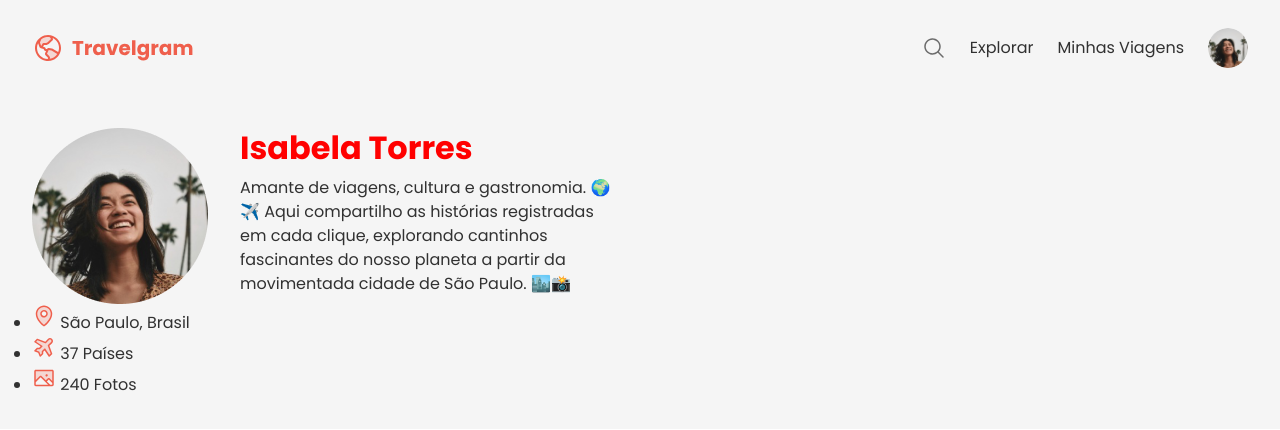
Repository: AbiezerSidonioJoseOdanacaJunior/projeto-travelgram
Page: index.html
An editor plug-in stored every save of this project. The page is shown before and after the next save, followed by the edit.
The browser window is 1280 px wide. The pictures show the whole page.
Some web fonts or font styles are not loaded; a fallback is used.

Above is the page before, as saved 2024-11-12 17:51:32.

### index.html
<!DOCTYPE html>
<html lang="pt-br">
<head>
    <meta charset="UTF-8">
    <meta name="viewport" content="width=device-width, initial-scale=1.0">
    <link rel="preconnect" href="https://fonts.googleapis.com">
    <link rel="preconnect" href="https://fonts.gstatic.com" crossorigin>
    <title>Travelgram</title>
    <link rel="stylesheet" href="styles/index.css">
    <link href="https://fonts.googleapis.com/css2?family=Alice&family=Playfair+Display:ital,wght@0,400..900;1,400..900&family=Poppins:wght@400;700&display=swap" rel="stylesheet">
</head>
<body>
    <div class="bg-sulface-color">
        <nav class="container">
            <a href="#" id="logo">
                <img src="/assets/Logo.svg" alt="Logo Marca">
            </a>
            <ul>
                <li>
                    <img src="/assets/MagnifyingGlass.svg" alt="Icone de  Lupa">
                </li>
                <li><a href="">Explorar</a></li>
                <li><a href="">Minhas Viagens</a></li>
                <li><a href="">
                    <img src="/assets/Profile pic.png" alt="Imagem da Isabela">
                </a></li>
            </ul>
        </nav>
        <header>
            <div class="container">
                <div id="profile">
                    <img src="/assets/Profile pic.png" alt="Imagem da Isabela 2">
                    <div>
                        <h1>Isabela Torres</h1>
                        <p>Amante de viagens, cultura e gastronomia. 🌍✈️
                            Aqui compartilho as histórias registradas em cada clique, explorando cantinhos fascinantes do nosso planeta a partir da movimentada cidade de São Paulo. 🏙️📸</p>
                    </div>
                </div>
                <ul id="info">
                    <li>
                        <img src="/assets/MapPin.svg" alt="">
                        <span>São Paulo, Brasil</span>
                    </li>
                    <li>
                        <img src="/assets/AirplaneTilt.svg" alt="">
                        <span>37 Países</span>
                    </li>
                    <li>
                        <img src="/assets/Image.svg" alt="">
                        <span>240 Fotos</span>
                    </li>
                </ul>
            </div>
        </header>
    </div>
</body>
</html>

### styles/global.css
* {
    padding: 0;
    margin: 0;
    box-sizing: border-box;
}

:root {
    --brand-clor: #EF5F4C;
    --backgoround-clor: #FFFFFF;
    --surface-color: #F5F5F5;
    --skeleton-color: #D9D9D9;
    --shape-tranparency: #ffffff90;
    --text-color-primary: #313131;
    --text-color-secondary: #6C6C6C;
    --font-family: "Poppins", sans-serif;
    --text: 16px/150% var(--font-family);
    --text-lg: bold 32px/125% var(--font-family);
    --text-md: 14px/170% var(--font-family);
    --text-sm: 12px/170% var(--font-family) ;

}

body {
    color: var(--text-color-primary);
    background-color: var(--backgoround-clor);
    font: var(--text);
}

a {
    text-decoration: none;
    color: inherit;
}

a:hover {
    color: var(--brand-clor);
    text-decoration: underline;
}

.container {
    padding-inline: 32px;
    max-width: 1280;
    margin-inline: auto;
}

.bg-sulface-color {
    background-color: var(--surface-color);
}

### styles/nav.css
nav{
    display: flex;
    justify-content: space-between;
    align-items: center;

    line-height: 0;
    padding-block: 20px;
}

nav ul {
    list-style: none;
    display: flex;
    align-items: center;
    gap: 24px;
    padding-block: 8px;
}

nav ul li:last-child img {
    width: 40px;
    height: 40px;
    object-fit: cover;
    border-radius: 50%;
}

### styles/header.css
header {
    padding-block: 32px;
}

#profile {
    display: flex;
    gap: 32px;
}

#profile > div {
    max-width: 384px;
}

 h1 {
    font: var(--text-lg);
    color: red;
    padding-bottom: 8px;
}

Loaded but not shown: styles/index.css (common file)

After the next save:
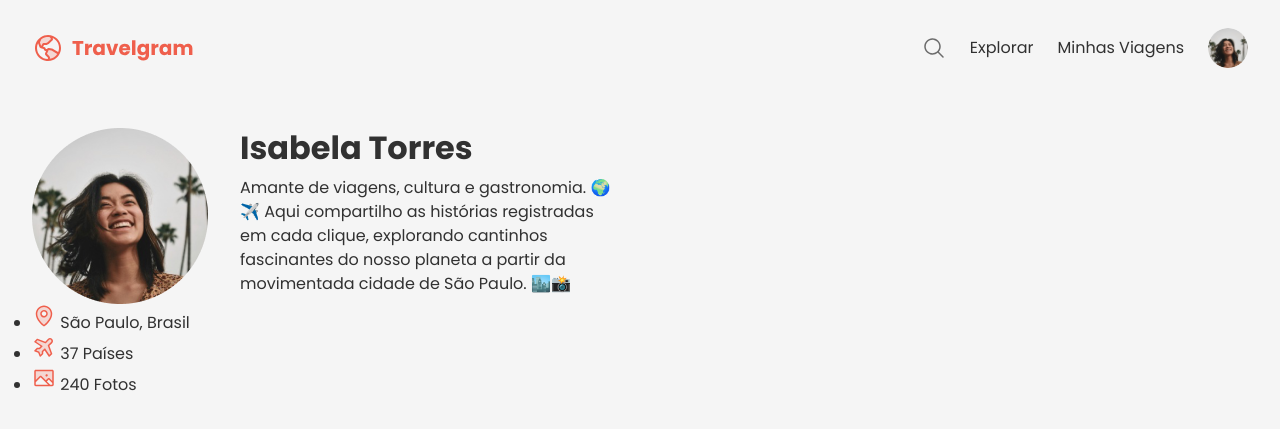
Saved 57 s later.
--- a/styles/header.css
+++ b/styles/header.css
@@ -13,6 +13,6 @@
 
  h1 {
     font: var(--text-lg);
-    color: red;
+    color: var(--text-color-primary);
     padding-bottom: 8px;
 }
